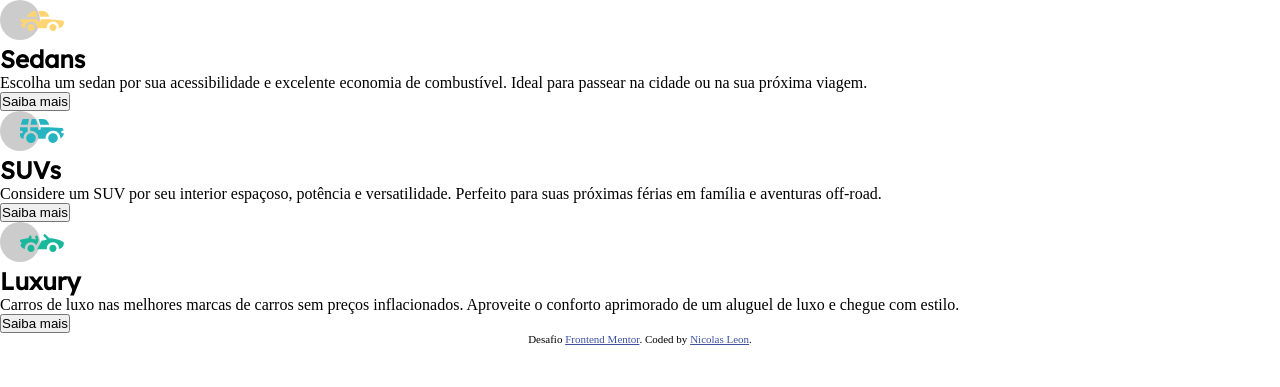
Repository: Leonngc/Car-cards
Page: index.html
The author's editor kept a copy of each file at every save. The page is drawn from the files as they stood at one save, then again after a run of saves.
The browser window is 1280 px wide. The pictures show the whole page.

Above is the page before, as saved 2023-01-17 12:10:12.

### index.html
<!DOCTYPE html>
<html lang="pt-br">
  <head>
    <meta charset="UTF-8" />
    <meta name="viewport" content="width=device-width, initial-scale=1.0" />
    <!-- displays site properly based on user's device -->

    <link
      rel="icon"
      type="image/png"
      sizes="32x32"
      href="./images/favicon-32x32.png"
    />

    <link rel="stylesheet" href="styles/style.css" />

    <title>Frontend Mentor | 3-column preview card component</title>

    <!-- Feel free to remove these styles or customise in your own stylesheet 👍 -->
    <style>
      .attribution {
        font-size: 11px;
        text-align: center;
      }
      .attribution a {
        color: hsl(228, 45%, 44%);
      }
    </style>
  </head>
  <body>
    <main>
      <div class="card">
        <div class="image"><img src="images/icon-sedans.svg" alt="" /></div>
        <h2>Sedans</h2>
        <p>
          Escolha um sedan por sua acessibilidade e excelente economia de
          combustível. Ideal para passear na cidade ou na sua próxima viagem.
        </p>
        <button>Saiba mais</button>
      </div>
      <div class="car">
        <div class="image"><img src="images/icon-suvs.svg" alt="" /></div>

        <h2>SUVs</h2>
        <p>
          Considere um SUV por seu interior espaçoso, potência e versatilidade.
          Perfeito para suas próximas férias em família e aventuras off-road.
        </p>
        <button>Saiba mais</button>
      </div>
      <div class="card">
        <div class="image"><img src="images/icon-luxury.svg" alt="" /></div>
        <h2>Luxury</h2>
        <p>
          Carros de luxo nas melhores marcas de carros sem preços inflacionados.
          Aproveite o conforto aprimorado de um aluguel de luxo e chegue com
          estilo.
        </p>
        <button>Saiba mais</button>
      </div>
    </main>

    <footer class="attribution">
      Desafio
      <a href="https://www.frontendmentor.io?ref=challenge" target="_blank"
        >Frontend Mentor</a
      >. Coded by <a href="#">Nicolas Leon</a>.
    </footer>
  </body>
</html>

### styles/style.css
@import url('https://fonts.googleapis.com/css2?family=Lexend+Deca&display=swap');

@import url('https://fonts.googleapis.com/css2?family=Big+Shoulders+Display:wght@700&display=swap');

*{
    margin: 0 auto;
    padding: 0;
}

:root{
    --font-title: 'Lexend Deca', sans-serif;

    --font-body: 'Big Shoulders Display', cursive;
}

h2{
    font-family: var(--font-title);
}

After the next 5 saves:
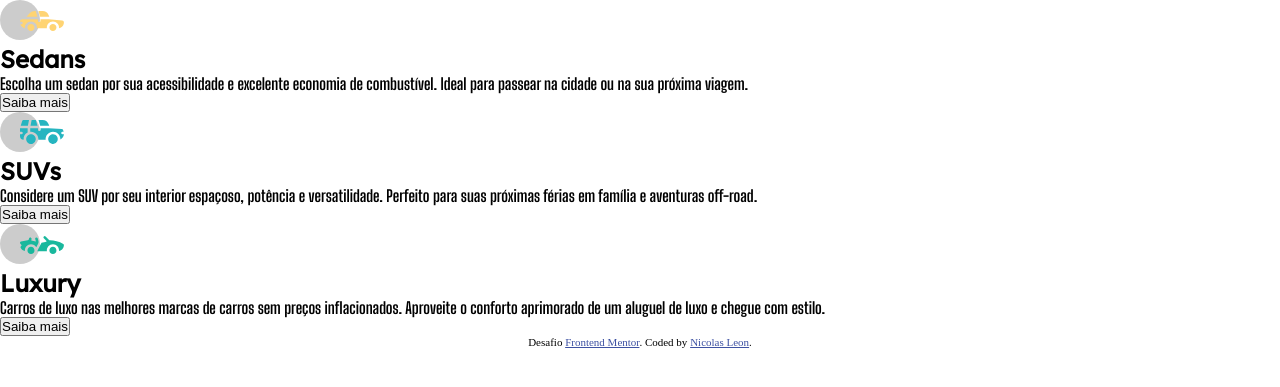
The 5 saves are shown as one change because they came seconds apart.
The last was saved 30 s later.
--- a/styles/style.css
+++ b/styles/style.css
@@ -16,3 +16,7 @@
 h2{
     font-family: var(--font-title);
 }
+
+p{
+    font-family: var(--font-body);
+}
